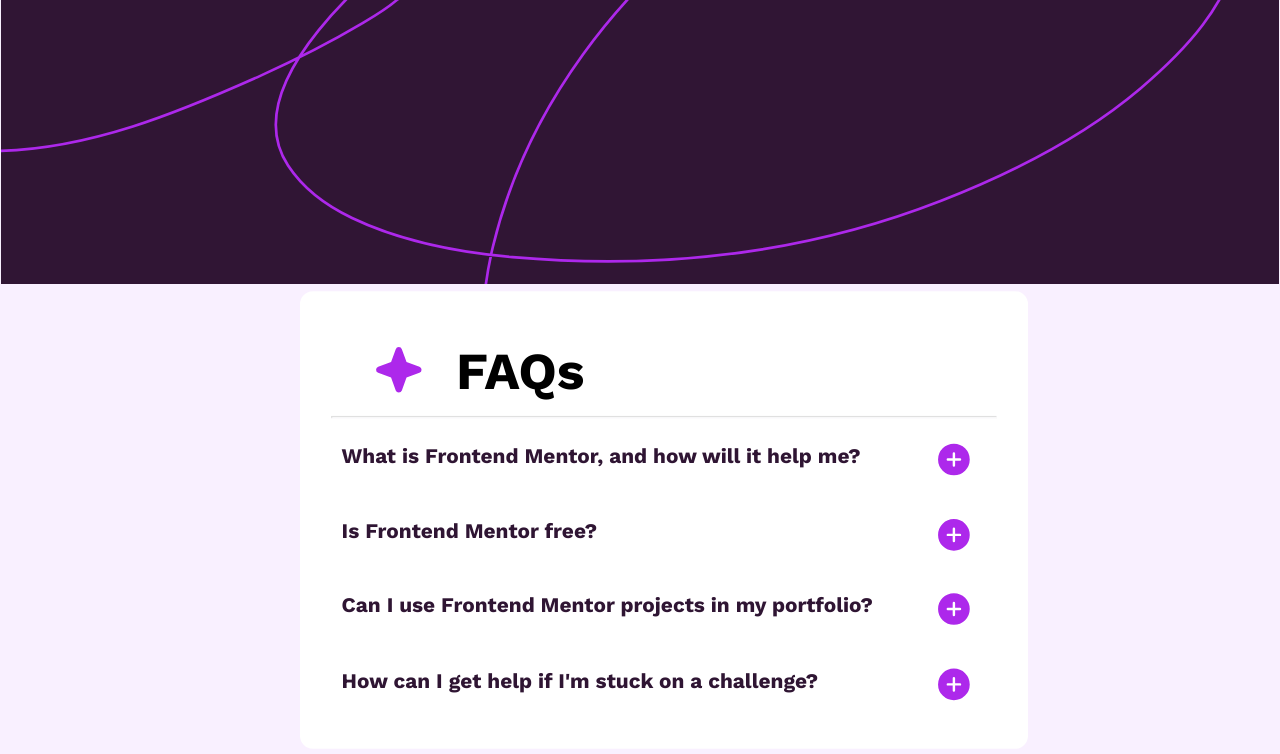
Repository: imokha01/accordion-main
Page: index.html
The author's editor kept a copy of each file at every save. The page is drawn from the files as they stood at one save, then again after the next save.
The browser window is 1280 px wide. The pictures show the whole page.

Above is the page before, as saved 2023-12-28 00:03:05.

### index.html
<!DOCTYPE html>
<html lang="en">
  <head>
    <meta charset="UTF-8" />
    <meta name="viewport" content="width=device-width, initial-scale=1.0" />
    <!-- displays site properly based on user's device -->
    <link rel="stylesheet" href="./index.css">
    <link
      rel="stylesheet"
      href="https://cdnjs.cloudflare.com/ajax/libs/font-awesome/6.5.1/css/all.min.css"
      integrity="sha512-DTOQO9RWCH3ppGqcWaEA1BIZOC6xxalwEsw9c2QQeAIftl+Vegovlnee1c9QX4TctnWMn13TZye+giMm8e2LwA=="
      crossorigin="anonymous"
      referrerpolicy="no-referrer"
    />
    <link
      rel="icon"
      type="image/png"
      sizes="32x32"
      href="./assets/images/favicon-32x32.png"
    />
    <link rel="preconnect" href="https://fonts.googleapis.com" />
    <link rel="preconnect" href="https://fonts.gstatic.com" crossorigin />
    <link
      href="https://fonts.googleapis.com/css2?family=Work+Sans:wght@400;600;700&display=swap"
      rel="stylesheet"
    />
    <title>Frontend Mentor | FAQ accordion</title>
    <!-- Feel free to remove these styles or customise in your own stylesheet 👍 -->
    <style>
      .attribution {
        font-size: 11px;
        text-align: center;
        margin-top: 1rem;
      }
      .attribution a {
        color: hsl(228, 45%, 44%);
      }
    </style>
  </head>
  <body>
    <div class="container">
      <div class="wrapper">
        <!-- first div content -->
        <main>
          <div id="header">
            <img src="./assets/images/icon-star.svg" alt="star-icon">
            <p id="headerpara">FAQs</p>
          </div>
          <hr>
          <div class="Div" id="div1">
            <div class="title">
              <p class="question">What is Frontend Mentor, and how will it help me?</p>
            </div>
            <div class="para">
              <p id="para1">
                Frontend Mentor offers realistic coding challenges to help developers
                improve their frontend coding skills with projects in HTML, CSS, and
                JavaScript. It's suitable for all levels and ideal for portfolio
                building.
              </p>
            </div>
          </div>
          <!-- second div content -->
          <div class="Div" id="div2">
            <div class="title">
              <p class="question">Is Frontend Mentor free?</p>
            </div>
            <div class="para">
              <p id="para2">
                Yes, Frontend Mentor offers both free and premium coding challenges,
                with the free option providing access to a range of projects suitable
                for all skill levels.
              </p>
            </div>
          </div>
          <!-- third div content -->
          <div class="Div" id="div3">
            <div class="title">
              <p class="question">Can I use Frontend Mentor projects in my portfolio?</p>
            </div>
            <div class="para">
              <p id="para3">
                Yes, you can use projects completed on Frontend Mentor in your
                portfolio. It's an excellent way to showcase your skills to potential
                employers!
              </p>
            </div>
          </div>
          <!-- fourth div content -->
          <div class="Div" id="div4">
            <div class="title">
              <p class="question">How can I get help if I'm stuck on a challenge?</p>
            </div>
            <div class="para">
              <p id="para4">
                The best place to get help is inside Frontend Mentor's Discord
                community. There's a help channel where you can ask questions and seek
                support from other community members.
              </p>
            </div>
          </div>
        </main>
        <!-- footer div -->
        <div class="attribution">
          Challenge by
          <a href="https://www.frontendmentor.io?ref=challenge" target="_blank"
            >Frontend Mentor</a
          >. Coded by <a href="#">Ahmed Wahab</a>.
        </div>
      </div>
    </div>
    <script src="./index.js"></script>
  </body>
</html>

### index.css
:root {
    --White: hsl(0, 0%, 100%);
    --lightPink: hsl(275, 100%, 97%);
    --grayishPurple: hsl(292, 16%, 49%);
    --darkPurple:  hsl(292, 42%, 14%);
    --workSans: 'Work Sans', sans-serif;
}

* {
    margin: 0;
    padding:0;
    box-sizing: border-box;
}

body {
    font-size: 16px;
    font-family: var(--workSans);
    background-color: var(--lightPink);
    position: relative;
    line-height: 1.6;
}

.container  {
    background-image: url("./assets/images/background-pattern-desktop.svg");
    background-repeat: no-repeat;
    background-size: contain;
    display: flex;
    flex-direction: column;
    justify-content: center;
    align-items: center;
    overflow: hidden;
}

hr {
    background-color: var(--lightPink);
    margin-top: .7rem;
    opacity: 0.3;
}

.wrapper {
    width: 35rem;
    padding: 1.5rem;
    left: 30rem;
    border-radius: 10px;
    transition: height 0.5s ease-in 1ms;
}

main  {
    background-color: #fff;
    border-radius: 10px;
    padding: inherit;
    width: inherit;
    overflow: hidden;
    margin-top: 20rem;
    transition: height 0.5s ease-in 1ms;
    overflow: hidden;
    transform: scale(1.3);
}

#headerpara {
    font-size: 2.5rem;
    font-weight: 700;
    margin : -.6rem 1.5rem;

}

#header > img{
    padding-left: 2rem;
}

div#header {
    display: flex;
    flex-direction: row;
    justify-content: flex-start;
    align-items: flex-start;
    width: 10rem;
    margin-top: 1rem;
}

.Div {
    display: flex;
    flex-direction: column;
    justify-content: space-between ;
    padding: 1rem .5rem;
    height: fit-content;
    transition: height 0.5s ease-in;

}

.title {
    display: flex;;
    justify-content: space-between;
}

.Div div  img {
    cursor: pointer;
}

.title p {
    font-weight: 700;
    color: var(--darkPurple);
    cursor: pointer;
}

.para {
    color: var(--grayishPurple);
    margin-top: 1.2rem;
    transition: height 0.5s ease-in 1s;
    overflow: hidden;
    display: none;
}

.title{
    position: relative;
    width: 90%;

}

.title p:hover {
    color: #AD2AEB;
}

.title::after{
    content:  url(./assets/images/icon-plus.svg);
    position: absolute;
    right: -40px;
}

.active::after{
    content: url(./assets/images/icon-minus.svg);
    right: -40px;

}

.active, .question:hover {
    content: "";
}

@media (max-width: 768px){
    .container {
        background-image: url(./assets/images/background-pattern-mobile.svg);
        margin: 0;
    }

    .wrapper, main {
        width: 100%;
        margin: 3rem -.1rem ;
    }

    .title {
        width: 14rem;
    }

    .title::after,
    .active::after {
        right: -3.2rem;
    }


    .para {
        font-size: .85rem;
    }

    #header > img{
        padding-left: 1rem;
        width: 3rem;
    }

    #headerpara {
        font-size: 2.2rem;
        font-weight: 700;


    }

}

### index.js
// const answer = document.getElementsByClassName("para");
const question = document.getElementsByClassName("title");

for (let i = 0; i < question.length; i++ ) {
    question[i].addEventListener("click", function(){
        this.classList.toggle("active");
        let active = this.addEventListener.nextElementSibling;
        let para = this.nextElementSibling;
        if(para.style.display === "block"){
            para.style.display = "none";
        } else {
            para.style.display = "block";
        }
    });
}





// var acc = document.getElementsByClassName("accordion");
// var i;

// for (i = 0; i < acc.length; i++) {
//   acc[i].addEventListener("click", function() {
//     /* Toggle between adding and removing the "active" class,
//     to highlight the button that controls the panel */
//     this.classList.toggle("active");

//     /* Toggle between hiding and showing the active panel */
//     var panel = this.nextElementSibling;
//     if (panel.style.display === "block") {
//       panel.style.display = "none";
//     } else {
//       panel.style.display = "block";
//     }
//   });
// }

After the next save:
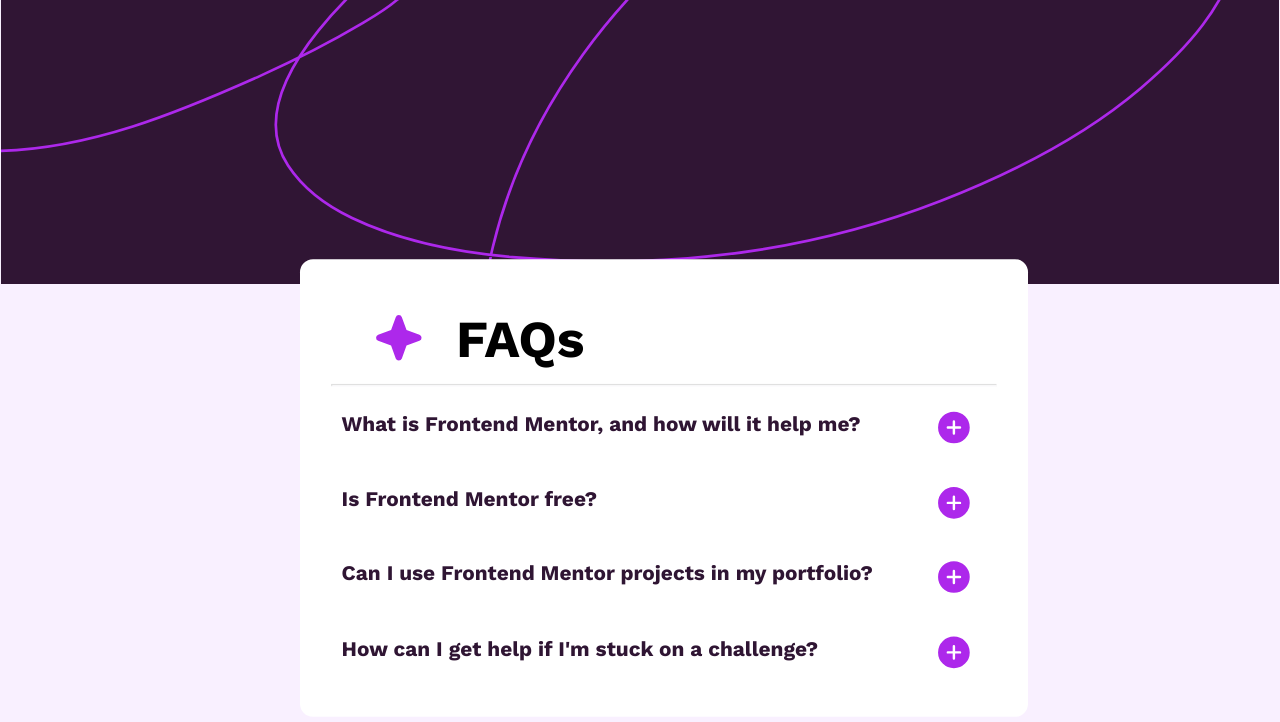
Saved 8 s later.
--- a/index.css
+++ b/index.css
@@ -51,7 +51,7 @@
     padding: inherit;
     width: inherit;
     overflow: hidden;
-    margin-top: 20rem;
+    margin-top: 18rem;
     transition: height 0.5s ease-in 1ms;
     overflow: hidden;
     transform: scale(1.3);
